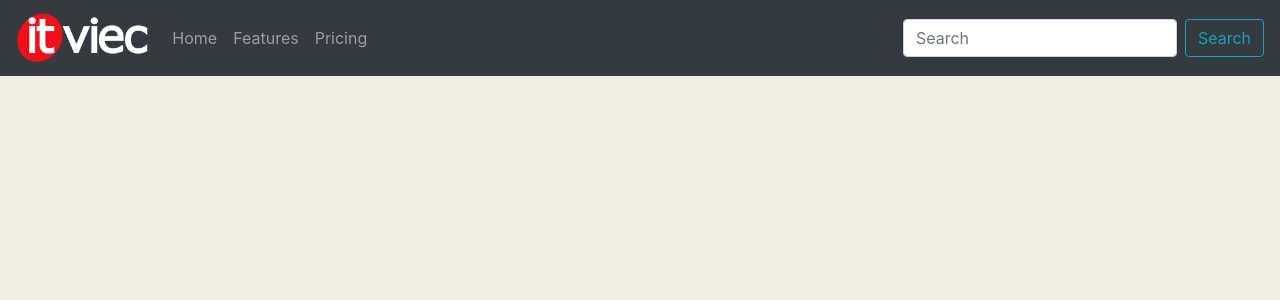
Repository: tts2610/itviec-clone
Page: /
These files come from the project's save history. The page is drawn as it stood at one moment and after a run of saves; the edit follows.
The browser window is 1280 px wide. The pictures show the whole page.
The page's requests for data from a server got no answer. Some web libraries are served in a nearby version. The project was rebuilt for these pictures with package versions that can differ from the ones it lists, and the page was loaded fresh each time. No one was signed in, and anything a server would have sent is missing. Also part of the build but not shown: src/pages/Login.js, src/pages/Detail.js, src/pages/404.js.

Above is the page before, as saved 2020-06-09 22:40:27.

After the next 2 saves:
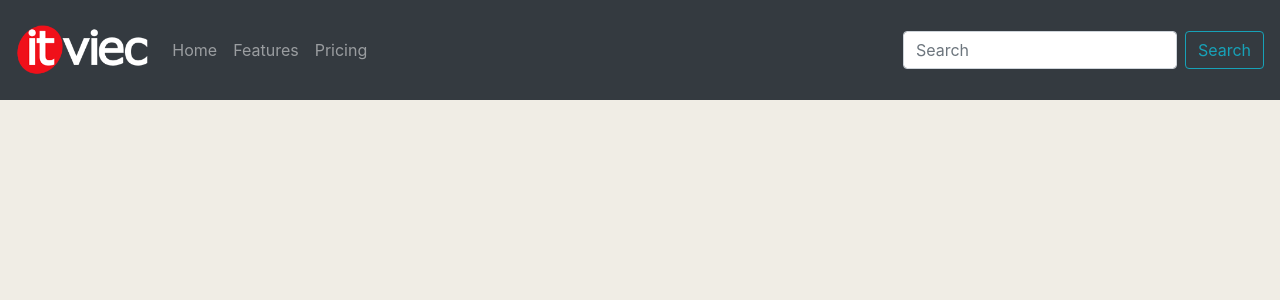
The 2 saves are shown as one change because 1 did not build or start.
The last was saved 72 s later.
--- a/src/pages/Jobs.js
+++ b/src/pages/Jobs.js
@@ -73,7 +73,7 @@
 
   return (
     <div>
-      <Navbar bg="dark" variant="dark">
+      <Navbar style={{ height: "100px" }} bg="dark" variant="dark">
         <Navbar.Brand href="/">
           <img
             height="50"
